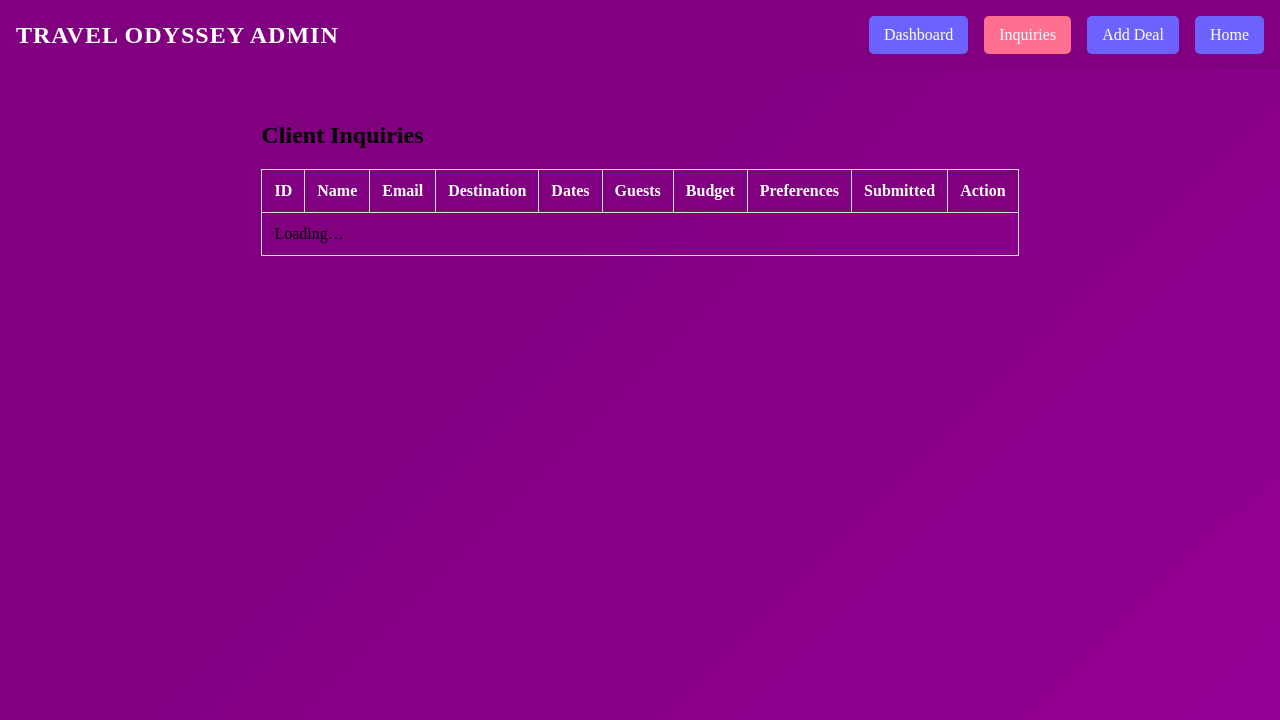
Repository: GHzPhoenix/Project-Odyssey
Page: Frontend/inquiries.html
The author's editor kept a copy of each file at every save. The page is drawn from the files as they stood at one save, then again after the next save.
The browser window is 1280 px wide. The pictures show the whole page.

Above is the page before, as saved 2025-06-08 23:44:26.

### Frontend/inquiries.html
<!DOCTYPE html>
<html lang="en">
  <head>
    <meta charset="UTF-8" />
    <meta name="viewport" content="width=device-width,initial-scale=1.0" />
    <title>Admin – Inquiries</title>
    <link rel="stylesheet" href="/Frontend/css/login.css" />
    <style>
      header nav {
        background: purple;
        padding: 1rem;
        display: flex;
        align-items: center;
        justify-content: space-between;
      }
      header nav .logo {
        color: white;
        font-weight: bold;
      }
      header nav ul {
        list-style: none;
        display: flex;
        gap: 1rem;
        margin: 0;
        padding: 0;
      }
      header nav a {
        color: white;
        text-decoration: none;
        padding: 0.5rem 1rem;
        background: #6c63ff;
        border-radius: 4px;
        transition: background 0.2s;
      }
      header nav a:hover {
        background: #5950d4;
      }
      header nav a.active {
        background: #ff6f91;
      }

      main {
        max-width: 1000px;
        margin: 2rem auto;
        padding: 0 1rem;
      }
      table {
        width: 100%;
        border-collapse: collapse;
      }
      th,
      td {
        padding: 0.75rem;
        border: 1px solid #ddd;
        text-align: left;
      }
      th {
        background: purple;
        color: white;
      }
      .btn-create {
        display: inline-block;
        padding: 0.4rem 0.8rem;
        background: #0b6623;
        color: white;
        border-radius: 4px;
        text-decoration: none;
        font-size: 0.9rem;
      }
      .btn-create:hover {
        background: #095a1a;
      }
    </style>
  </head>
  <body>
    <header>
      <nav>
        <div class="logo">Travel Odyssey Admin</div>
        <ul>
          <li><a href="admin-dashboard.html">Dashboard</a></li>
          <li><a href="inquiries.html" class="active">Inquiries</a></li>
          <li><a href="add-deal.html">Add Deal</a></li>
          <li><a href="index.html">Home</a></li>
        </ul>
      </nav>
    </header>

    <main>
      <h2>Client Inquiries</h2>
      <table id="inq-table">
        <thead>
          <tr>
            <th>ID</th>
            <th>Name</th>
            <th>Email</th>
            <th>Destination</th>
            <th>Dates</th>
            <th>Guests</th>
            <th>Budget</th>
            <th>Preferences</th>
            <th>Submitted</th>
            <th>Action</th>
          </tr>
        </thead>
        <tbody>
          <tr>
            <td colspan="10">Loading…</td>
          </tr>
        </tbody>
      </table>
    </main>

    <script>
      async function loadInquiries() {
        const token = localStorage.getItem("token");
        const tbody = document.querySelector("#inq-table tbody");

        if (!token) {
          alert("Please log in as admin.");
          return;
        }

        try {
          const res = await fetch("http://127.0.0.1:5001/api/inquiries", {
            headers: { Authorization: "Bearer " + token },
          });
          if (!res.ok) throw new Error("Unauthorized");

          const inqs = await res.json();
          if (!inqs.length) {
            tbody.innerHTML =
              "<tr><td colspan='10'>No inquiries found.</td></tr>";
            return;
          }

          tbody.innerHTML = inqs
            .map((i) => {
              const date = new Date(i.created_at).toLocaleString();
              return `
              <tr>
                <td>${i.id}</td>
                <td>${i.name}</td>
                <td>${i.email}</td>
                <td>${i.destination}</td>
                <td>${i.dates}</td>
                <td>${i.guests}</td>
                <td>€${i.budget}</td>
                <td>${i.preferences || ""}</td>
                <td>${date}</td>
                <td>
                  <a
                    href="add-deal.html?name=${encodeURIComponent(
                      i.destination
                    )}&location=${encodeURIComponent(
                i.destination
              )}&activities=${encodeURIComponent(i.preferences || "")}"
                    class="btn-create"
                  >Create Deal</a>
                </td>
              </tr>`;
            })
            .join("");
        } catch (err) {
          console.error(err);
          tbody.innerHTML =
            "<tr><td colspan='10'>Failed to load inquiries.</td></tr>";
        }
      }

      window.addEventListener("DOMContentLoaded", loadInquiries);
    </script>
  </body>
</html>

### Frontend/css/login.css
body {
  margin: 0;
  padding: 0;
  font-family: "Merriweather", serif;
  background: linear-gradient(135deg, purple 30%, rgb(148, 0, 148) 100%);
  min-height: 100vh;
  display: flex;
  flex-direction: column;
  align-items: center;
}

header {
  width: 100%;
  background-color: purple;
  color: white;
}

nav {
  background-color: purple;
  display: flex;
  justify-content: space-between;
  align-items: center;
  padding: 15px 20px;
  color: white;
  position: relative;
}

nav .logo {
  font-size: 24px;
  font-weight: bold;
  text-transform: uppercase;
  letter-spacing: 1px;
  display: flex;
  align-items: center;
}

nav .logo img {
  width: 50px;
  height: 50px;
  border-radius: 50%;
  margin-right: 10px;
}

nav ul {
  list-style: none;
  display: flex;
  gap: 15px;
  margin: 0;
  padding: 0;
}

nav ul li {
  position: relative;
}

nav ul li a {
  text-decoration: none;
  color: white;
  font-size: 16px;
  padding: 10px 15px;
  border-radius: 5px;
  transition: background 0.3s ease-in-out;
  display: block;
}

nav ul li a:hover {
  background-color: #cd75ce;
  color: yellow;
}

nav ul li .dropdown {
  display: none;
  position: absolute;
  left: 0;
  top: 100%;
  background-color: white;
  min-width: 180px;
  border-radius: 5px;
  box-shadow: 0px 4px 8px rgba(0, 0, 0, 0.2);
  z-index: 1000;
  opacity: 0;
  transform: translateY(10px);
  transition: opacity 0.3s, transform 0.3s ease-in-out;
}

nav ul li .dropdown a {
  display: block;
  padding: 12px;
  color: #333;
  transition: background 0.3s ease-in-out;
  white-space: nowrap;
}

nav ul li .dropdown a:hover {
  background-color: #f4f4f9;
}

nav ul li:hover .dropdown {
  display: block;
  opacity: 1;
  transform: translateY(0);
}

.menu-toggle {
  display: none;
  flex-direction: column;
  cursor: pointer;
}

.menu-toggle div {
  width: 30px;
  height: 3px;
  background-color: white;
  margin: 5px;
}

.logo {
  display: flex;
  align-items: center;
  font-size: 24px;
  font-weight: bold;
}

.logo img {
  width: 50px;
  height: 50px;
  border-radius: 50%;
  margin-right: 10px;
}

.menu-toggle {
  display: none;
  flex-direction: column;
  cursor: pointer;
}

.menu-toggle div {
  width: 30px;
  height: 3px;
  background-color: white;
  margin: 5px 0;
}

@media (max-width: 768px) {
  nav ul {
    display: none;
    flex-direction: column;
    background: purple;
    position: absolute;
    top: 70px;
    left: 0;
    width: 100%;
    box-shadow: none;
  }

  nav ul.active {
    display: flex;
  }

  .menu-toggle {
    display: flex;
  }
}

.avatar {
  width: 100px;
  height: 100px;
  border-radius: 50%;
  margin-top: 30px;
  object-fit: cover;
}

.login-container {
  background: white;
  padding: 40px;
  margin-top: 30px;
  border-radius: 15px;
  width: 100%;
  max-width: 400px;
  box-shadow: 0 8px 16px rgba(0, 0, 0, 0.2);
  text-align: center;
}

.login-form h2 {
  margin-bottom: 25px;
  font-size: 2rem;
  color: purple;
}

.input-group {
  text-align: left;
  margin-bottom: 20px;
}

.input-group label {
  display: block;
  margin-bottom: 8px;
  font-weight: bold;
  color: purple;
}

.input-group input {
  width: 100%;
  padding: 12px;
  border-radius: 10px;
  border: 1px solid #ccc;
  font-size: 16px;
}

button[type="submit"] {
  background: purple;
  color: white;
  border: none;
  padding: 12px 25px;
  border-radius: 30px;
  font-size: 18px;
  font-weight: bold;
  cursor: pointer;
  transition: background 0.3s;
}

button[type="submit"]:hover {
  background: rgb(148, 0, 148);
}

.signup-text {
  margin-top: 20px;
  font-size: 0.9rem;
}

.signup-text a {
  color: purple;
  font-weight: bold;
  text-decoration: none;
}

.signup-text a:hover {
  text-decoration: underline;
}

footer {
  margin-top: auto;
  padding: 20px;
  text-align: center;
  background: purple;
  color: white;
  font-size: 0.9rem;
}

@media (max-width: 480px) {
  .login-container {
    padding: 30px 20px;
    width: 90%;
  }
}

### Frontend/css/admin.css
@import url("https://fonts.googleapis.com/css2?family=Merriweather:wght@300;400;700&display=swap");

* {
  box-sizing: border-box;
  margin: 0;
  padding: 0;
}

body {
  font-family: "Merriweather", serif;
  background: #f4f4f9;
  color: #333;
}

header nav {
  background: purple;
  padding: 1rem 2rem;
  display: flex;
  align-items: center;
  justify-content: space-between;
}
header nav .logo {
  color: white;
  font-size: 1.5rem;
  font-weight: bold;
}
header nav ul {
  list-style: none;
  display: flex;
  gap: 1rem;
}
header nav a {
  color: white;
  text-decoration: none;
  padding: 0.5rem 1rem;
  background: #6c63ff;
  border-radius: 4px;
  transition: background 0.2s;
}
header nav a.active,
header nav a:hover {
  background: #ff6f91;
}

main {
  max-width: 960px;
  margin: 2rem auto;
  padding: 0 1rem;
}

h1,
h2 {
  color: purple;
  margin-bottom: 1rem;
  text-align: center;
}

form {
  background: white;
  padding: 2rem;
  border-radius: 8px;
  box-shadow: 0 4px 12px rgba(0, 0, 0, 0.1);
}
form .input-group {
  margin-bottom: 1.25rem;
}
form label {
  display: block;
  margin-bottom: 0.4rem;
  font-weight: 600;
}
form input[type="text"],
form input[type="date"],
form textarea {
  width: 100%;
  padding: 0.6rem;
  border: 1px solid #ccc;
  border-radius: 4px;
  font-size: 1rem;
}
form textarea {
  resize: vertical;
  min-height: 80px;
}

.file-input-label {
  display: inline-block;
  padding: 0.5rem 1rem;
  background: #007bff;
  color: white;
  border-radius: 4px;
  cursor: pointer;
  font-size: 0.9rem;
}
#file-chosen {
  margin-left: 0.5rem;
  font-size: 0.9rem;
  vertical-align: middle;
  color: #555;
}
input[type="file"] {
  display: none;
}

button[type="submit"] {
  background: #0b6623;
  color: white;
  padding: 0.7rem 1.4rem;
  border: none;
  border-radius: 4px;
  font-size: 1rem;
  cursor: pointer;
}
button[type="submit"]:hover {
  background: #095a1a;
}

#deal-message,
#inquiry-message {
  margin-top: 0.75rem;
  font-size: 0.9rem;
}
#deal-message.error,
#inquiry-message.error {
  color: #b00020;
}
#deal-message.success,
#inquiry-message.success {
  color: #0b6623;
}

table {
  width: 100%;
  border-collapse: collapse;
  background: white;
  margin-top: 1rem;
  box-shadow: 0 2px 8px rgba(0, 0, 0, 0.1);
}
th,
td {
  padding: 0.75rem 1rem;
  border: 1px solid #ddd;
  text-align: left;
}
th {
  background: purple;
  color: white;
  font-weight: 600;
}
tr:nth-child(even) td {
  background: #f9f9ff;
}

.inquiry-actions button {
  background: #6c63ff;
  color: white;
  border: none;
  padding: 0.4rem 0.8rem;
  border-radius: 4px;
  cursor: pointer;
  font-size: 0.9rem;
  margin-right: 0.5rem;
}
.inquiry-actions button:hover {
  background: #5950d4;
}

.deal-card {
  background: white;
  border-radius: 8px;
  box-shadow: 0 2px 8px rgba(0, 0, 0, 0.1);
  overflow: hidden;
  margin: 1rem 0;
  display: flex;
}
.deal-card img {
  width: 120px;
  object-fit: cover;
}
.deal-card-body {
  padding: 1rem;
  flex: 1;
}
.deal-card-body h3 {
  margin-bottom: 0.5rem;
}
.deal-card-body p {
  margin-bottom: 0.5rem;
}
.deal-card-body .card-button {
  background: #6c63ff;
  color: white;
  padding: 0.4rem 0.8rem;
  border-radius: 4px;
  text-decoration: none;
}
.deal-card-body .card-button:hover {
  background: #5950d4;
}

.button-link {
  display: inline-block;
  margin-top: 1.5rem;
  color: #6c63ff;
  text-decoration: underline;
}

After the next save:
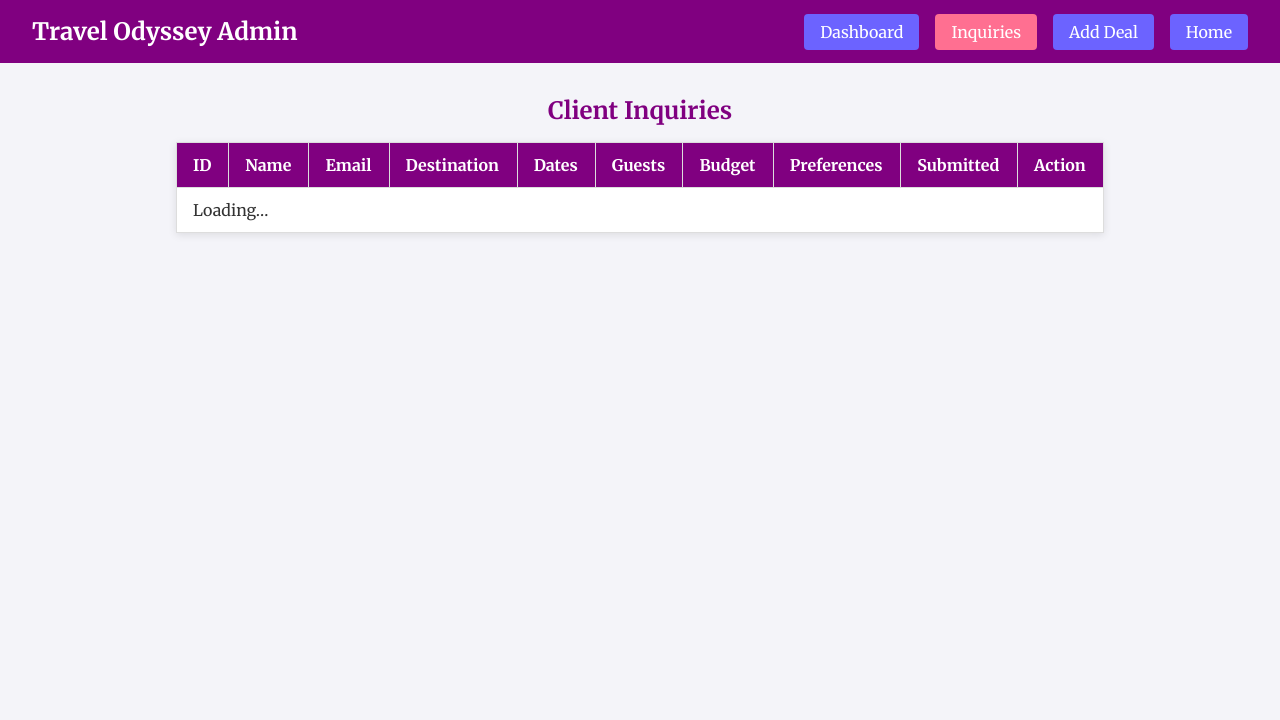
Saved 50 s later.
--- a/Frontend/inquiries.html
+++ b/Frontend/inquiries.html
@@ -4,73 +4,7 @@
     <meta charset="UTF-8" />
     <meta name="viewport" content="width=device-width,initial-scale=1.0" />
     <title>Admin – Inquiries</title>
-    <link rel="stylesheet" href="/Frontend/css/login.css" />
-    <style>
-      header nav {
-        background: purple;
-        padding: 1rem;
-        display: flex;
-        align-items: center;
-        justify-content: space-between;
-      }
-      header nav .logo {
-        color: white;
-        font-weight: bold;
-      }
-      header nav ul {
-        list-style: none;
-        display: flex;
-        gap: 1rem;
-        margin: 0;
-        padding: 0;
-      }
-      header nav a {
-        color: white;
-        text-decoration: none;
-        padding: 0.5rem 1rem;
-        background: #6c63ff;
-        border-radius: 4px;
-        transition: background 0.2s;
-      }
-      header nav a:hover {
-        background: #5950d4;
-      }
-      header nav a.active {
-        background: #ff6f91;
-      }
-
-      main {
-        max-width: 1000px;
-        margin: 2rem auto;
-        padding: 0 1rem;
-      }
-      table {
-        width: 100%;
-        border-collapse: collapse;
-      }
-      th,
-      td {
-        padding: 0.75rem;
-        border: 1px solid #ddd;
-        text-align: left;
-      }
-      th {
-        background: purple;
-        color: white;
-      }
-      .btn-create {
-        display: inline-block;
-        padding: 0.4rem 0.8rem;
-        background: #0b6623;
-        color: white;
-        border-radius: 4px;
-        text-decoration: none;
-        font-size: 0.9rem;
-      }
-      .btn-create:hover {
-        background: #095a1a;
-      }
-    </style>
+    <link rel="stylesheet" href="/Frontend/css/admin.css" />
   </head>
   <body>
     <header>
